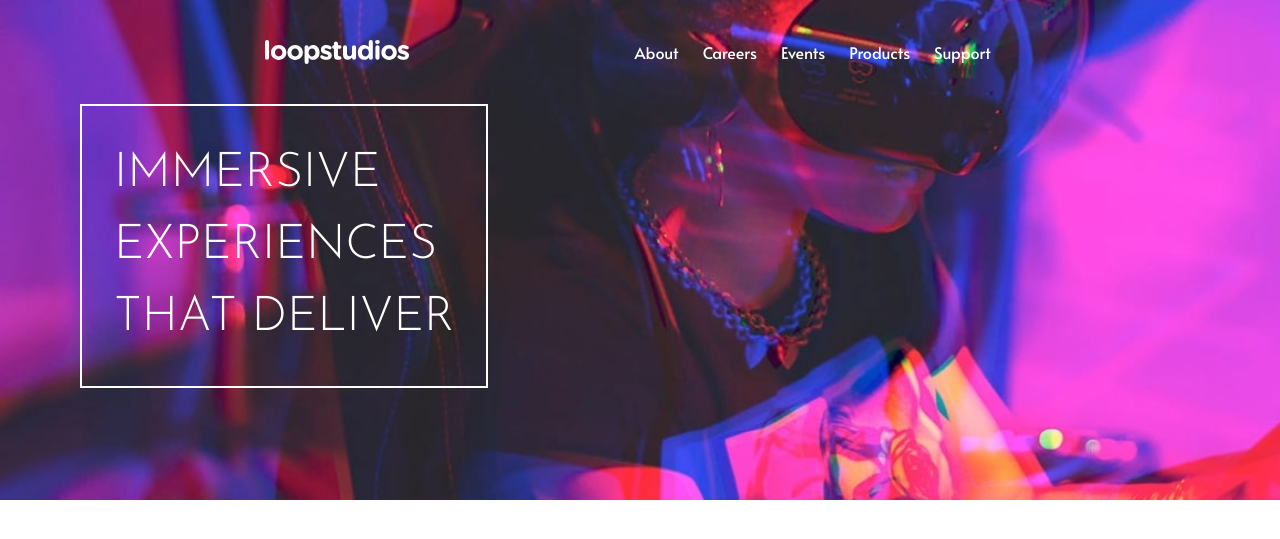
Repository: gligor99/loopstudios-fm
Page: /
An editor plug-in stored every save of this project. The page is shown before and after the next save, followed by the edit.
The browser window is 1280 px wide. The pictures show the whole page.
The project was rebuilt for these pictures with package versions that can differ from the ones it lists, and the page was loaded fresh each time.

Above is the page before, as saved 2021-11-28 15:19:55.

After the next save:
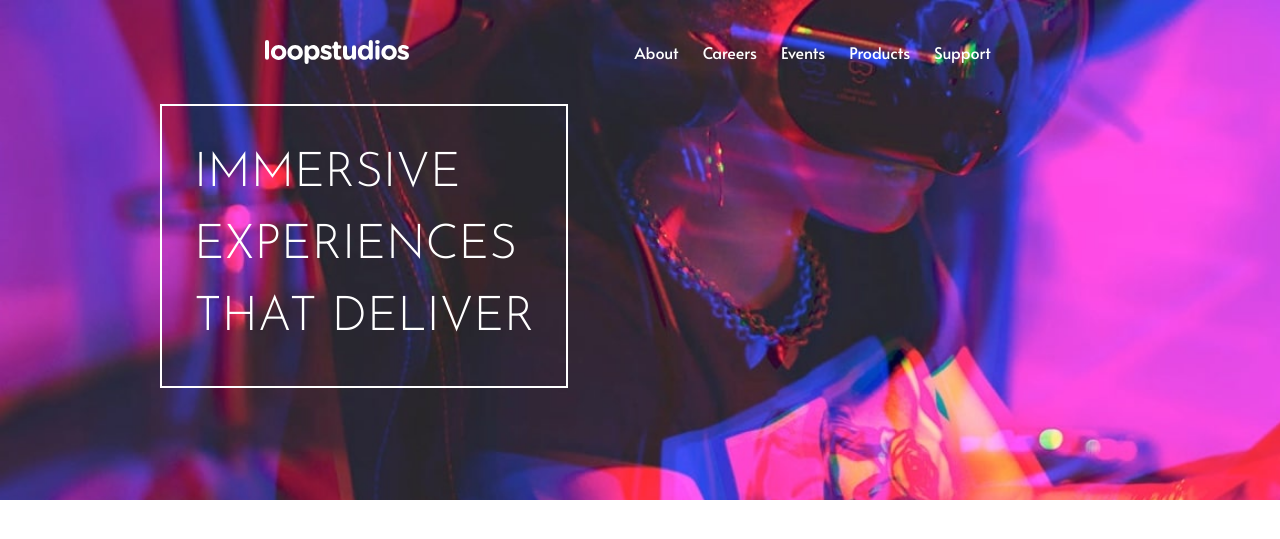
Saved 4 s later.
--- a/src/components/Hero/hero.css
+++ b/src/components/Hero/hero.css
@@ -8,7 +8,7 @@
 .container-content {
     display: flex;
     justify-content: flex-start;
-    margin-left: 5rem;
+    margin-left: 10rem;
 }
 
 .title {
